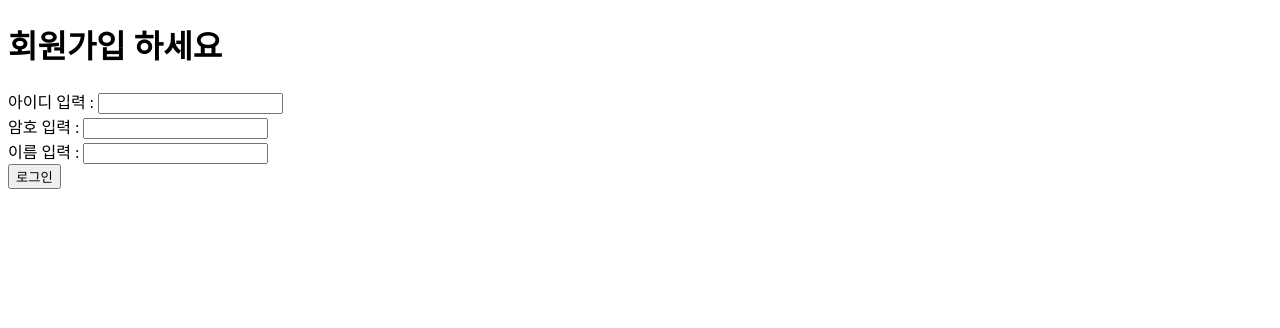
Repository: zwundzwzig/STARTERS
Page: workspace_webserver/servelettest/src/main/webapp/insert_db.html
The author's editor kept a copy of each file at every save. The page is drawn from the files as they stood at one save, then again after the next save.
The browser window is 1280 px wide. The pictures show the whole page.

Above is the page before, as saved 2023-01-04 07:09:29.

### workspace_webserver/servelettest/src/main/webapp/insert_db.html
<!DOCTYPE html>
<html>
	<head>
		<meta charset="UTF-8">
		<title>Insert title here</title>
	</head>
	<body>
		<h1>회원가입 하세요</h1>
		<form action="/servelettest/signupdb" method="post">
			아이디 입력 : <input type="text" name="id" />
			<br />
			암호 입력 : <input type="password" name="pw" />
			<br />
			이름 입력 : <input type="text" name="name" />
			<br />
			<input type="submit" value="로그인" />
		</form>
	</body>
</html>

After the next save:
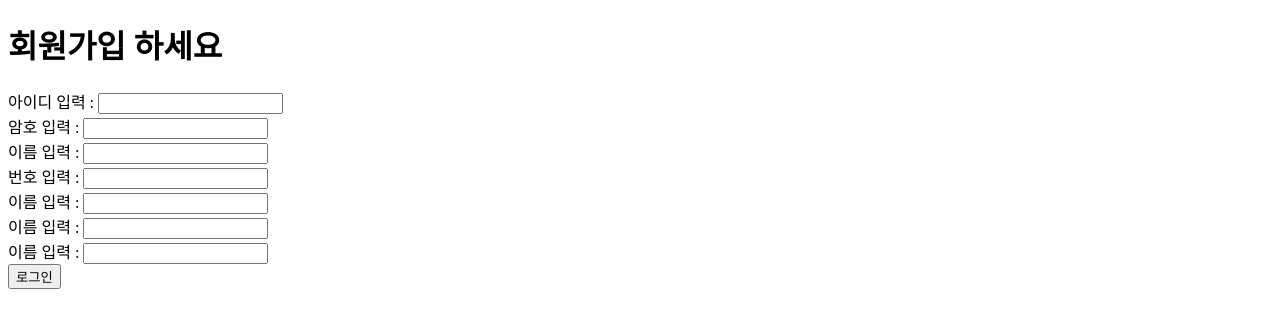
Saved 12 s later.
--- a/workspace_webserver/servelettest/src/main/webapp/insert_db.html
+++ b/workspace_webserver/servelettest/src/main/webapp/insert_db.html
@@ -13,6 +13,14 @@
 			<br />
 			이름 입력 : <input type="text" name="name" />
 			<br />
+			번호 입력 : <input type="text" name="name" />
+			<br />
+			이름 입력 : <input type="text" name="name" />
+			<br />
+			이름 입력 : <input type="text" name="name" />
+			<br />
+			이름 입력 : <input type="text" name="name" />
+			<br />
 			<input type="submit" value="로그인" />
 		</form>
 	</body>
